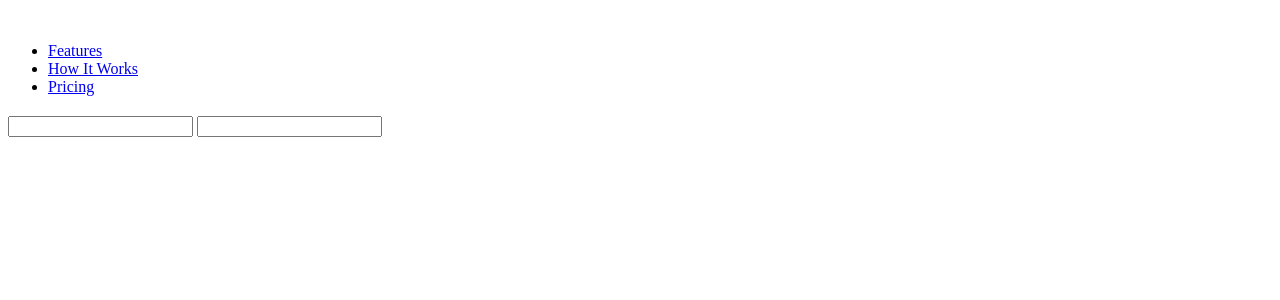
Repository: Lungdjos/product_landing_page_certification
Page: index.html
These files come from the project's save history. The page is drawn as it stood at one moment and after the next save; the edit follows.
The browser window is 1280 px wide. The pictures show the whole page.

Above is the page before, as saved 2023-12-16 00:14:58.

After the next save:
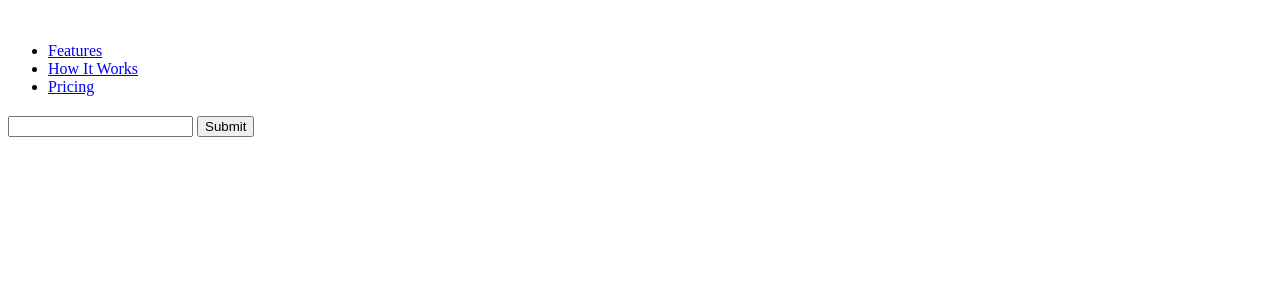
Saved 9 s later.
--- a/index.html
+++ b/index.html
@@ -29,7 +29,7 @@
         <section id="home">
             <h1 id="title"></h1>
             <form action="" id="form">
-                <input type="email" id="email"> <input type="sumit" id="submit">
+                <input type="email" id="email"> <input type="submit" id="submit">
             </form>
         </section>
         <section id="features"></section>
